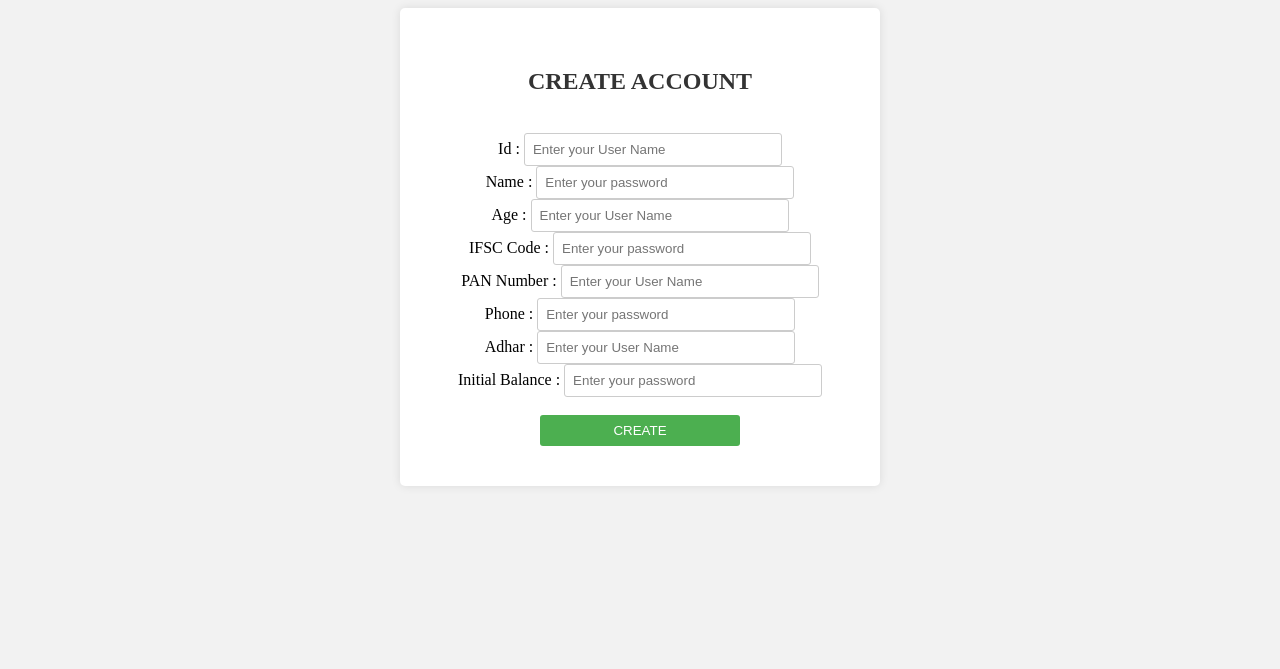
Repository: mansistic-0n3/Java_IGT
Page: Java Project/BankJSP/src/main/webapp/WEB-INF/create.html
The author's editor kept a copy of each file at every save. The page is drawn from the files as they stood at one save, then again after the next save.
The browser window is 1280 px wide. The pictures show the whole page.

Above is the page before, as saved 2023-06-28 20:26:31.

After the next save:
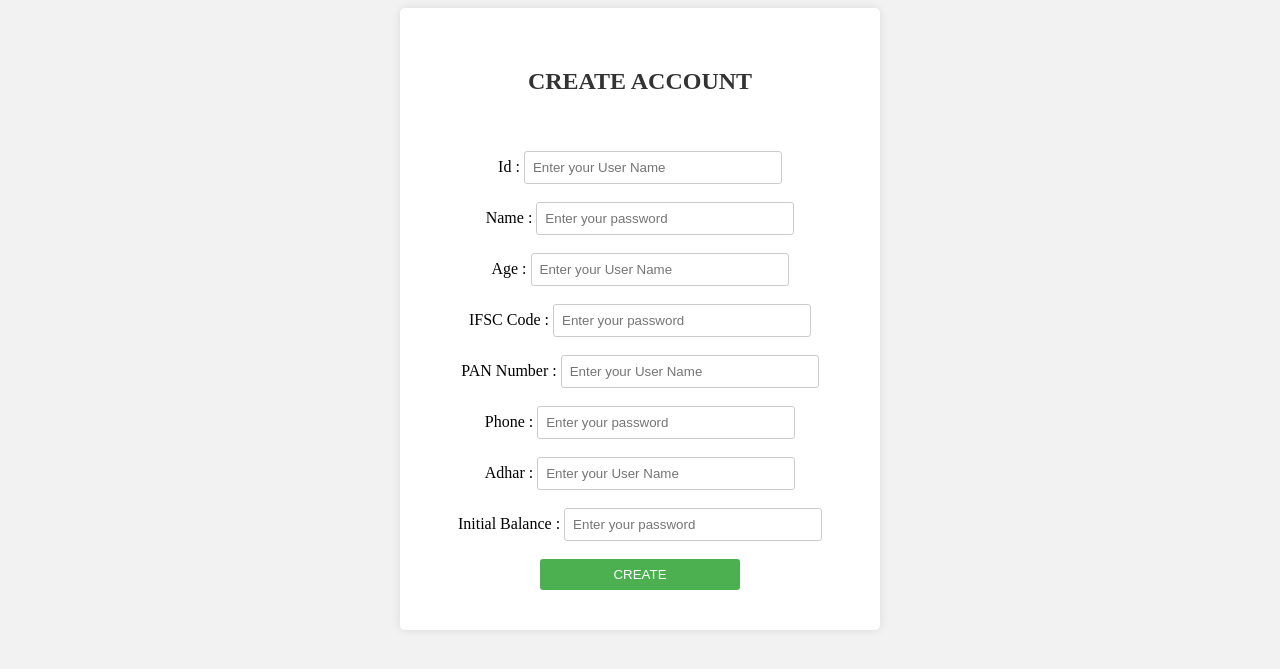
Saved 92 s later.
--- a/Java Project/BankJSP/src/main/webapp/WEB-INF/create.html
+++ b/Java Project/BankJSP/src/main/webapp/WEB-INF/create.html
@@ -7,21 +7,21 @@
   <div style="max-width: 400px; margin: 0 auto; padding: 40px; background-color: #ffffff; border-radius: 5px; box-shadow: 0 0 10px rgba(0, 0, 0, 0.1);">
     <h2 style="text-align: center; color: #333333;">CREATE ACCOUNT</h2>
     <form action="register">
-      <br>
+      <br><br>
         Id : <input type="text" name="id" placeholder="Enter your User Name" style="width: 60%; padding: 8px; border-radius: 3px; border: 1px solid #cccccc;">
-      <br>
+      <br><br>
         Name : <input type="text" name="name" placeholder="Enter your password" style="width: 60%; padding: 8px; border-radius: 3px; border: 1px solid #cccccc;">
-       <br>
+       <br><br>
         Age : <input type="text" name="age" placeholder="Enter your User Name" style="width: 60%; padding: 8px; border-radius: 3px; border: 1px solid #cccccc;">
-      <br>
+      <br><br>
         IFSC Code : <input type="text" name="ifsc" placeholder="Enter your password" style="width: 60%; padding: 8px; border-radius: 3px; border: 1px solid #cccccc;">
-        <br>
+        <br><br>
         PAN Number : <input type="text" name="pan" placeholder="Enter your User Name" style="width: 60%; padding: 8px; border-radius: 3px; border: 1px solid #cccccc;">
-      <br>
+      <br><br>
         Phone : <input type="text" name="ph" placeholder="Enter your password" style="width: 60%; padding: 8px; border-radius: 3px; border: 1px solid #cccccc;">
-       <br>
+       <br><br>
         Adhar : <input type="text" name="adhar" placeholder="Enter your User Name" style="width: 60%; padding: 8px; border-radius: 3px; border: 1px solid #cccccc;">
-      <br>
+      <br><br>
         Initial Balance : <input type="text" name="ibal" placeholder="Enter your password" style="width: 60%; padding: 8px; border-radius: 3px; border: 1px solid #cccccc;">
       <br><br>
         <button type="submit" style="width: 50%; padding: 8px; border-radius: 3px; border: none; background-color: #4CAF50; color: #ffffff; cursor: pointer;">CREATE</button>
